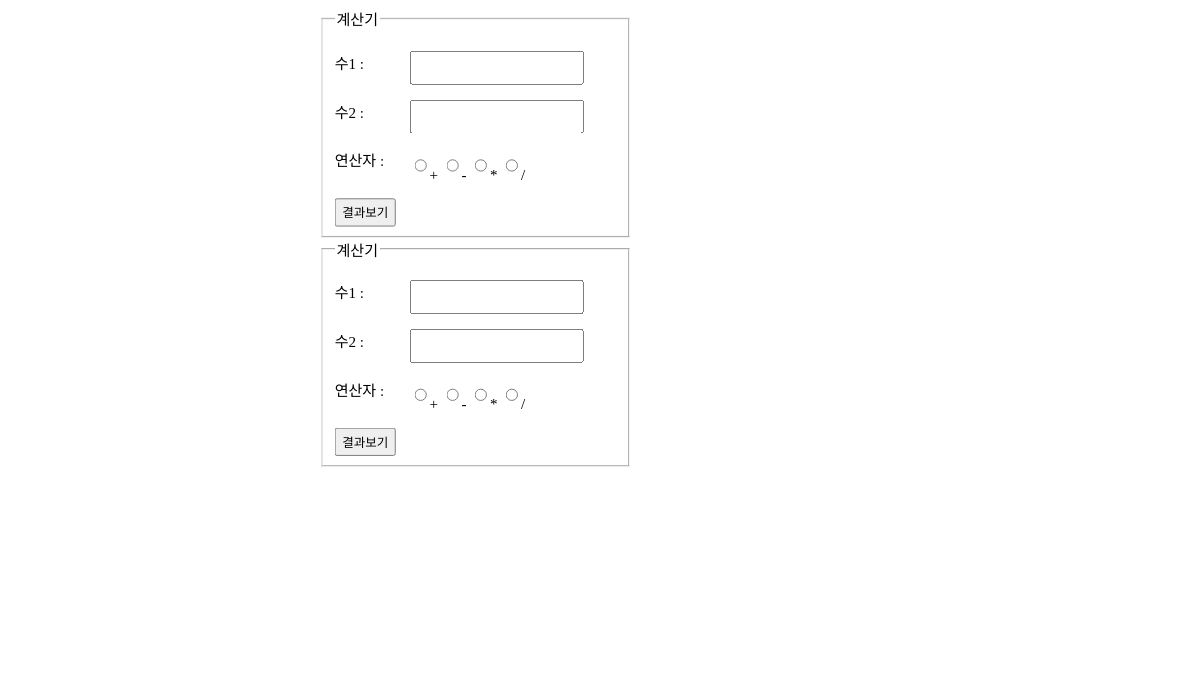
Repository: hocube/jspstudy
Page: 01_servlet/src/main/webapp/view/ex07.html
The author's editor kept a copy of each file at every save. The page is drawn from the files as they stood at one save, then again after the next save.
The browser window is 1280 px wide. The pictures show the whole page, at 94% of full size.

Above is the page before, as saved 2023-06-30 06:20:48.

### 01_servlet/src/main/webapp/view/ex07.html
<!DOCTYPE html>
<html>
<head>
<meta charset="UTF-8">
<title>계산기</title>
<style type="text/css">
	fieldset {
		width: 300px;
	}
	#mydiv, #mydiv2{
		width: 600px;
		margin: auto;
	}
	label{
		width: 80px;
		height: 30px;
		float: left;
		linet-height: 30px;
	}
	input{
		height: 30px;
	}
</style>
<script type="text/javascript">
	function send_go(f) {
		// 자바 스크립트를 사용할 때 required가 실행되지 않는다.
		// 그러므로 유효성 검사를 해야한다.
		var s1 = f.s1.values;
		if(s1 == ''){
			alert("수1을 입력하세요")
			f.s1.focus();
			return;
		}

		var s2 = f.s2.values;
		if(s2 == ''){
			alert("수2을 입력하세요")
			f.s1.focus();
			return;
		}
		// form에 action이 있으면 생략하고 없으면 코딩해야 된다.
		f.action="/01_servlet/Ex07"
		f.submit();
	}

</script>
</head>
<body>
	<div id = "mydiv">
		<form action= "/01_servlet/Ex07" method="get">
			<fieldset>
				<legend>계산기</legend>
				<p><label for = "s1">수1 : </label>
				<input type="number" name="s1" id="s1" required></p>
				<p><label for = "s2">수2 : </label>
				<input type="number" name="s2" id="s2" required></p>
				<p><label for = "op">연산자 : </label>
					<input type="radio" id = "op" value= "+">+
					<input type="radio" id = "op" value= "-">-
					<input type="radio" id = "op" value= "*">*
					<input type="radio" id = "op" value= "/">/
				</p>
				<input type="submit" value="결과보기">
			</fieldset>
		</form>
	</div>
	<div id = "mydiv2">
		<form method="get">
			<fieldset>
				<legend>계산기</legend>
				<p><label for = "s1">수1 : </label>
				<input type="number" name="s1" id="s1" required></p>
				<p><label for = "s2">수2 : </label>
				<input type="number" name="s2" id="s2" required></p>
				<p><label for = "op">연산자 : </label>
					<input type="radio" id = "op" value= "+">+
					<input type="radio" id = "op" value= "-">-
					<input type="radio" id = "op" value= "*">*
					<input type="radio" id = "op" value= "/">/
				</p>
				<input type="button" value="결과보기" onclick="send_go(this.form)">
			</fieldset>
		</form>
	</div>
</body>
</html>

After the next save:
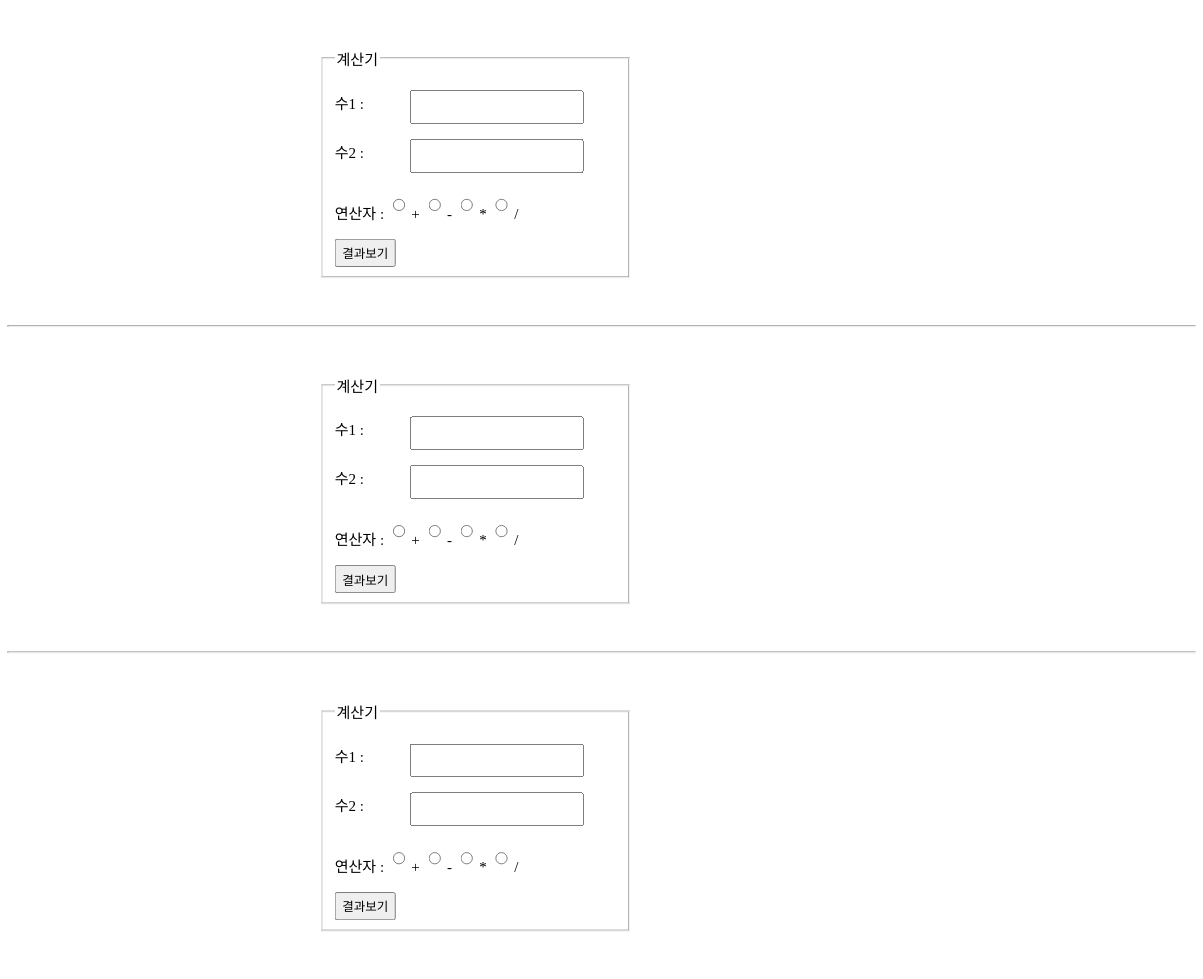
Saved 40 s later.
--- a/01_servlet/src/main/webapp/view/ex07.html
+++ b/01_servlet/src/main/webapp/view/ex07.html
@@ -2,83 +2,101 @@
 <html>
 <head>
 <meta charset="UTF-8">
-<title>계산기</title>
+<title>Insert title here</title>
 <style type="text/css">
 	fieldset {
-		width: 300px;
-	}
-	#mydiv, #mydiv2{
-		width: 600px;
-		margin: auto;
-	}
-	label{
-		width: 80px;
-		height: 30px;
-		float: left;
-		linet-height: 30px;
-	}
-	input{
-		height: 30px;
-	}
+	width: 300px;
+ }
+ #mydiv, #mydiv2, #mydiv3{
+ 	width: 600px;
+ 	margin: 50px auto;
+ }
+ label{
+ 	width: 80px;
+ 	height: 30px;
+ 	float: left;
+ 	line-height: 30px;
+ }
+ input{ height: 30px;}
 </style>
 <script type="text/javascript">
 	function send_go(f) {
-		// 자바 스크립트를 사용할 때 required가 실행되지 않는다.
-		// 그러므로 유효성 검사를 해야한다.
-		var s1 = f.s1.values;
+		// 자바스크립트를 사용할 때 required가 실행 되지 않는다.
+		// 그러므로 유효성 검사를 해야 된다.
+		var s1 = f.s1.value ;
 		if(s1 == ''){
-			alert("수1을 입력하세요")
+			alert("수1를 입력하세요");
 			f.s1.focus();
 			return;
 		}
-
-		var s2 = f.s2.values;
+		var s2 = f.s2.value ;
 		if(s2 == ''){
-			alert("수2을 입력하세요")
-			f.s1.focus();
+			alert("수2를 입력하세요");
+			f.s2.focus();
 			return;
 		}
 		// form에 action이 있으면 생략하고 없으면 코딩해야 된다.
 		f.action="/01_servlet/Ex07"
 		f.submit();
 	}
-
 </script>
 </head>
 <body>
-	<div id = "mydiv">
-		<form action= "/01_servlet/Ex07" method="get">
+	<div id="mydiv">
+		<form action="/01_servlet/Ex07" method="post">
 			<fieldset>
 				<legend>계산기</legend>
-				<p><label for = "s1">수1 : </label>
-				<input type="number" name="s1" id="s1" required></p>
-				<p><label for = "s2">수2 : </label>
-				<input type="number" name="s2" id="s2" required></p>
-				<p><label for = "op">연산자 : </label>
-					<input type="radio" id = "op" value= "+">+
-					<input type="radio" id = "op" value= "-">-
-					<input type="radio" id = "op" value= "*">*
-					<input type="radio" id = "op" value= "/">/
-				</p>
+				<p><label for="s1">수1 : </label>
+				<input type="number" name="s1" id="s1" required> </p>
+				<p><label for="s2">수2 : </label>
+				<input type="number" name="s2" id="s2" required> </p>
+				<p>연산자 :
+				  <input type="radio" name="op" value="+"> +
+				  <input type="radio" name="op" value="-"> -
+				  <input type="radio" name="op" value="*"> *
+				  <input type="radio" name="op" value="/"> /
+				 </p>
 				<input type="submit" value="결과보기">
 			</fieldset>
 		</form>
 	</div>
-	<div id = "mydiv2">
-		<form method="get">
+	<hr>
+
+	<div id="mydiv2">
+		<form  method="post">
 			<fieldset>
 				<legend>계산기</legend>
-				<p><label for = "s1">수1 : </label>
-				<input type="number" name="s1" id="s1" required></p>
-				<p><label for = "s2">수2 : </label>
-				<input type="number" name="s2" id="s2" required></p>
-				<p><label for = "op">연산자 : </label>
-					<input type="radio" id = "op" value= "+">+
-					<input type="radio" id = "op" value= "-">-
-					<input type="radio" id = "op" value= "*">*
-					<input type="radio" id = "op" value= "/">/
-				</p>
+				<p><label for="s1">수1 : </label>
+				<input type="number" name="s1" id="s1" required> </p>
+				<p><label for="s2">수2 : </label>
+				<input type="number" name="s2" id="s2" required> </p>
+				<p>연산자 :
+				  <input type="radio" name="op" value="+"> +
+				  <input type="radio" name="op" value="-"> -
+				  <input type="radio" name="op" value="*"> *
+				  <input type="radio" name="op" value="/"> /
+				 </p>
 				<input type="button" value="결과보기" onclick="send_go(this.form)">
+			</fieldset>
+		</form>
+	</div>
+	<hr>
+	<div id="mydiv3">
+		<!--  submit 성공시 자바스크립트에 send_go()로 이동하라  -->
+		<form  method="post" onsubmit="send_go(this.form)">
+			<fieldset>
+				<legend>계산기</legend>
+				<p><label for="s1">수1 : </label>
+				<input type="number" name="s1" id="s1" required> </p>
+				<p><label for="s2">수2 : </label>
+				<input type="number" name="s2" id="s2" required> </p>
+				<p>연산자 :
+				  <input type="radio" name="op" value="+"> +
+				  <input type="radio" name="op" value="-"> -
+				  <input type="radio" name="op" value="*"> *
+				  <input type="radio" name="op" value="/"> /
+				 </p>
+				<input type="submit" value="결과보기">
 			</fieldset>
 		</form>
 	</div>
